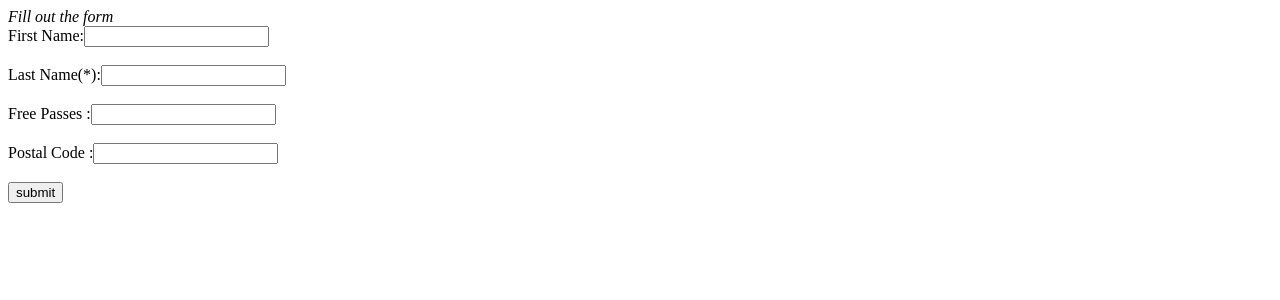
Repository: Janmajaya007/Eclipse-workspace
Page: http://localhost/spring-mvc-demo/customer/showForm
The author's editor kept a copy of each file at every save. The page is drawn from the files as they stood at one save, then again after the next save.
The browser window is 1280 px wide. The pictures show the whole page.
The page is served by Tomcat 9. Other server files are loaded and not shown.

Above is the page before, as saved 2022-05-21 02:00:02.

### workspace3/spring-mvc-demo/WebContent/WEB-INF/view/customer-form.jsp
<%@ taglib prefix="form" uri="http://www.springframework.org/tags/form"%>
<!DOCTYPE html>
<html>
<head>
<title>Customer Registration form</title>
<style>
.error {
	color: red
}
</style>
</head>
<body>
	<i>Fill out the form</i>
	<form:form action="processForm" modelAttribute="customer">
First Name:<form:input path="firstName" />

		<br>
		<br>

Last Name(*):<form:input path="lastName" />
		<form:errors path="lastName" cssClass="error" />
		<br>
		<br>
		Free Passes :<form:input path="freePass"/>
		<form:errors path="freePass" cssClass="error" />
		<br>
		<br>

		Postal Code :<form:input path="postalCode"/>
		<form:errors path="postalCode" cssClass="error" />
		<br>
		<br>

		<input type="submit" value="submit" />

	</form:form>
</body>

</html>

### workspace3/spring-mvc-demo/src/com/janmajaya/spring/MVC/validation/CourseCode.java
package com.janmajaya.spring.MVC.validation;

import java.lang.annotation.ElementType;
import java.lang.annotation.Retention;
import java.lang.annotation.RetentionPolicy;
import java.lang.annotation.Target;

import javax.validation.Constraint;
import javax.validation.Payload;

@Constraint(validatedBy = CourseCodeConstraintValidator.class)
@Target({ ElementType.METHOD, ElementType.FIELD })
@Retention(RetentionPolicy.RUNTIME)
public @interface CourseCode {
	// define the default course code
	public String value() default "LUV";

	// define default message
	public String message() default "Must start with LUV";

	// define default groups\
	public Class<?>[] groups() default {};

	// define default payloads
	public Class<? extends Payload>[] payload() default {};
}

### workspace3/spring-mvc-demo/src/com/janmajaya/spring/MVC/validation/CourseCodeConstraintValidator.java
package com.janmajaya.spring.MVC.validation;

import javax.validation.ConstraintValidator;
import javax.validation.ConstraintValidatorContext;

public class CourseCodeConstraintValidator implements ConstraintValidator<CourseCode, String>{
	private String coursePrefix;
	@Override
	public void initialize(CourseCode theCourseCode) {
		coursePrefix=theCourseCode.value();
		}

	@Override
	public boolean isValid(String theCode, ConstraintValidatorContext theConstraintValidatorContext) {
		boolean result = theCode.startsWith(coursePrefix);
		return result;
	}



}

After the next save:
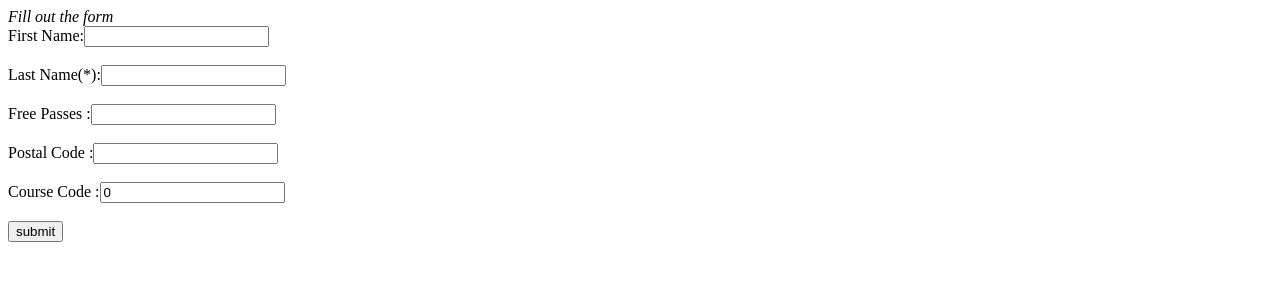
Saved 3 s later.
--- a/workspace3/spring-mvc-demo/WebContent/WEB-INF/view/customer-form.jsp
+++ b/workspace3/spring-mvc-demo/WebContent/WEB-INF/view/customer-form.jsp
@@ -30,6 +30,10 @@ Last Name(*):<form:input path="lastName" />
 		<form:errors path="postalCode" cssClass="error" />
 		<br>
 		<br>
+		Course Code :<form:input path="courseCode"/>
+		<form:errors path="courseCode" cssClass="error" />
+		<br>
+		<br>
 
 		<input type="submit" value="submit" />
 
